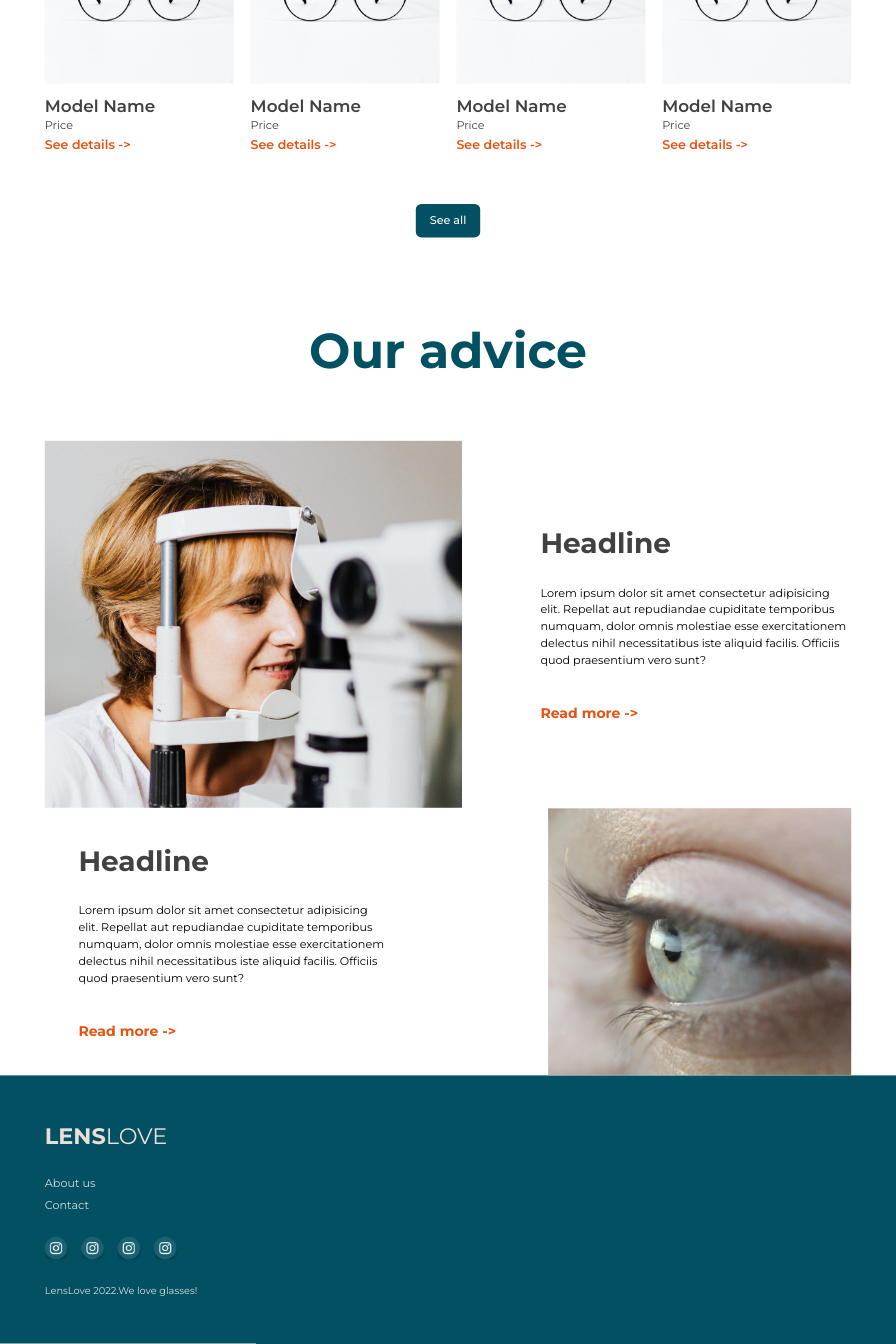
Repository: thienthanhvinh/glasses-react
Page: /
An editor plug-in stored every save of this project. The page is shown before and after a run of saves, followed by the edit.
The browser window is 1280 px wide. The pictures show the part of the page from y = 3725 to 5645 px (the page is 5645 px tall), at 70% of full size.
The project was rebuilt for these pictures with package versions that can differ from the ones it lists, and the page was loaded fresh each time. Also part of the build but not shown: src/App.css, src/components/common/FormGroup.js, src/components/input/Input.js, src/components/label/Label.js, src/hooks/useDarkMode.js, src/layout/LayoutAuthentication.js, src/components/icons/IconEyeToggle.js, src/pages/SignInPage.js and 1 more.

Above is the page before, as saved 2023-02-13 10:24:22.

### public/index.html
<!DOCTYPE html>
<html lang="en">
  <head>
    <meta charset="utf-8" />
    <link rel="icon" href="%PUBLIC_URL%/favicon.ico" />
    <meta name="viewport" content="width=device-width, initial-scale=1" />
    <meta name="theme-color" content="#000000" />
    <meta
      name="description"
      content="Web site created using create-react-app"
    />
    <link rel="apple-touch-icon" href="%PUBLIC_URL%/logo192.png" />
    <!--
      manifest.json provides metadata used when your web app is installed on a
      user's mobile device or desktop. See https://developers.google.com/web/fundamentals/web-app-manifest/
    -->
    <link rel="manifest" href="%PUBLIC_URL%/manifest.json" />
    <!--
      Notice the use of %PUBLIC_URL% in the tags above.
      It will be replaced with the URL of the `public` folder during the build.
      Only files inside the `public` folder can be referenced from the HTML.

      Unlike "/favicon.ico" or "favicon.ico", "%PUBLIC_URL%/favicon.ico" will
      work correctly both with client-side routing and a non-root public URL.
      Learn how to configure a non-root public URL by running `npm run build`.
    -->
    <link href="https://fonts.googleapis.com/css2?family=Montserrat:wght@300;400;500;600;700&display=swap" rel="stylesheet">
    <title>React App</title>
  </head>
  <body>
    <noscript>You need to enable JavaScript to run this app.</noscript>
    <div id="root"></div>
    <!--
      This HTML file is a template.
      If you open it directly in the browser, you will see an empty page.

      You can add webfonts, meta tags, or analytics to this file.
      The build step will place the bundled scripts into the <body> tag.

      To begin the development, run `npm start` or `yarn start`.
      To create a production bundle, use `npm run build` or `yarn build`.
    -->
  </body>
</html>

### src/index.js
import React from 'react';
import ReactDOM from 'react-dom/client';
import './index.css';
import App from './App';
import reportWebVitals from './reportWebVitals';
import { BrowserRouter } from 'react-router-dom';
import { ToastContainer, toast } from 'react-toastify';
import 'react-toastify/dist/ReactToastify.css';

const root = ReactDOM.createRoot(document.getElementById('root'));
root.render(
  // <React.StrictMode>
  <BrowserRouter>
    <App />
    <ToastContainer></ToastContainer>
  </BrowserRouter>
  // </React.StrictMode>
);

// If you want to start measuring performance in your app, pass a function
// to log results (for example: reportWebVitals(console.log))
// or send to an analytics endpoint. Learn more: https://bit.ly/CRA-vitals
reportWebVitals();

### src/index.css
/* body {
  margin: 0;
  font-family: -apple-system, BlinkMacSystemFont, 'Segoe UI', 'Roboto', 'Oxygen',
    'Ubuntu', 'Cantarell', 'Fira Sans', 'Droid Sans', 'Helvetica Neue',
    sans-serif;
  -webkit-font-smoothing: antialiased;
  -moz-osx-font-smoothing: grayscale;
}

code {
  font-family: source-code-pro, Menlo, Monaco, Consolas, 'Courier New',
    monospace;
} */

@tailwind base;
@tailwind components;
@tailwind utilities;

body {
  font-family: 'Montserrat', sans-serif;
}
/* .darkmode-input:checked + div .darkmode-spinner {
  transform: translateX(33px);
} */
.active-light {
  transform: translateX(0px);
  transition: all 0.4s;
}
.active-dark {
  transform: translateX(33px);
  transition: all 0.4s;
}

/* .darkmode-input:checked + div {


} */

/* .darkmode-input:checked + div .darkmode-spinner {
  background-color: white;
} */

### src/App.js

import { Route, Routes } from 'react-router-dom';
import './App.css';
import HomePage from './pages/HomePage';
import SignInPage from './pages/SignInPage';
import SignUpPage from './pages/SignUpPage';

function App() {
  return (
    <Routes>
      <Route path='/sign-up' element={<SignUpPage></SignUpPage>}></Route>
      <Route path='/sign-in' element={<SignInPage></SignInPage>}></Route>
      <Route path='/' element={<HomePage></HomePage>}></Route>
    </Routes>
  );
}

export default App;

### src/pages/HomePage.js
import React, { Fragment } from "react";
import Category from "../components/category/Category";
import Heading from "../components/common/Heading";
import Intro from "../components/intro/Intro";
import SpringSales from "../components/sales/SpringSales";
import LayoutMenu from "../layout/LayoutMenu";
import GlassesGrid from "../modules/GlassesGrid";
import GlassesItem from "../modules/GlassesItem";
import { v4 } from "uuid";
import Button from "../components/button/Button";
import HeadLine from "../modules/HeadLine";
import LayoutFooter from "../layout/LayoutFooter";

const HomePage = () => {
  return (
    <Fragment>
      <LayoutMenu></LayoutMenu>
      <SpringSales></SpringSales>
      <Intro></Intro>
      <Category></Category>
      <Heading>Popular</Heading>
      <GlassesGrid>
        {Array(4)
          .fill(0)
          .map((item) => (
            <GlassesItem key={v4()}></GlassesItem>
          ))}
        {/* <GlassesItem></GlassesItem> */}
      </GlassesGrid>
      <div className="text-center mb-[140px]">
        <Button className="mt-[70px] px-5 py-2 rounded-[4px]">See all</Button>
      </div>
      <Heading>New</Heading>
      <GlassesGrid>
        {Array(4)
          .fill(0)
          .map((item) => (
            <GlassesItem key={v4()}></GlassesItem>
          ))}
      </GlassesGrid>
      <div className="text-center mb-[140px]">
        <Button className="mt-[70px] px-5 py-2 rounded-[4px]">See all</Button>
      </div>
      <Heading>Sunwear</Heading>
      <GlassesGrid>
        {Array(4)
          .fill(0)
          .map((item) => (
            <GlassesItem key={v4()}></GlassesItem>
          ))}
      </GlassesGrid>
      <div className="text-center mb-[112px]">
        <Button className="mt-[70px] px-5 py-2 rounded-[4px]">See all</Button>
      </div>
      <Heading className="mb-[80px]">Our advice</Heading>
      <HeadLine></HeadLine>
      <HeadLine type="secondary"></HeadLine>
      <LayoutFooter></LayoutFooter>
    </Fragment>
  );
};

export default HomePage;

### src/components/category/Category.js
import React from 'react';
import Button from '../button/Button';

const Category = () => {
    return (
        <div className='flex mb-[112px] mx-auto max-w-[1400px] w-full gap-x-2'>
            <div className='h-[596px] relative'>
                <img src="/category1.png" alt="" className='w-full h-full object-cover' />
                <div className='absolute bottom-24 left-14'>
                    <p className='font-extrabold text-[40px] leading-[98px] text-white'>Optical</p>
                    <Button className='bg-secondary text-primary rounded-[4px] px-6 py-2 font-bold text-lg leading-[30px]'>Buy</Button>
                </div>
            </div>
            <div className='h-[596px] relative'>
                <img src="/category2.png" alt="" className='w-full h-full object-cover' />
                <div className='absolute bottom-24 left-14'>
                    <p className='font-extrabold text-[40px] leading-[98px] text-white'>Sunwear</p>
                    <Button className='bg-secondary text-primary rounded-[4px] px-6 py-2 font-bold text-lg leading-[30px]'>Buy</Button>
                </div>
            </div>
        </div>
    );
};

export default Category;

### src/components/common/Heading.js
import React from 'react';

const Heading = ({children, className = ''}) => {
    return (
        <h2 className={`font-extrabold text-[70px] leading-[98px] text-center text-primary mb-[70px] ${className}`}>
            {children}
        </h2>
    );
};
export default Heading;

### src/components/intro/Intro.js
import React from 'react';

const Intro = () => {
    return (
        <div className='flex items-center justify-center gap-x-[300px] mt-[64px] mb-[110px]'>
            <div className='flex flex-col items-center'>
                <img srcSet="/Icon1.png 2x" alt="" className='w-[80px] h-[80px] object-cover' />
                <p className='text-tertiary text-xl leading-[30px] font-bold'>Original products</p>
            </div>
            <div className='flex flex-col items-center'>
                <img srcSet="/Icon2.png 2x" alt="" className='w-[80px] h-[80px] object-cover' />
                <p className='text-tertiary text-xl leading-[30px] font-bold'>Original products</p>
            </div>
            <div className='flex flex-col items-center'>
                <img srcSet="/Icon3.png 2x" alt="" className='w-[80px] h-[80px] object-cover' />
                <p className='text-tertiary text-xl leading-[30px] font-bold'>Original products</p>
            </div>
        </div>
    );
};

export default Intro;

### src/components/sales/SpringSales.js
import React from 'react';
import Button from '../button/Button';

const SpringSales = () => {
    return (
        <div className='bg-secondary h-[700px] w-full flex items-center justify-between'>
            <div className='ml-[112px]'>
                <h2 className='text-primary text-[70px] font-extrabold leading-[98px]'>Spring Sale</h2>
                <p className='text-primary text-[50px] font-medium leading-[68px] mb-[48px]'>Up to -40%</p>
                <Button className='text-white bg-primary rounded-lg px-8 py-2 text-lg'>See offer</Button>
            </div>
            <div className='h-[700px]'>
                <img src="/photo1.png" alt="" className='w-full h-auto object-cover' />
            </div>
        </div>
    );
};

export default SpringSales;

### src/layout/LayoutMenu.js
import React from "react";
import { Link } from "react-router-dom";
import Navbar from "../components/navbar/Navbar";

const LayoutMenu = () => {
  return (
    <div className="py-10 px-16">
      <div className="flex items-center justify-between mb-14">
        <img src="/logo.png" alt="" className="w-[140px] h-auto object-cover" />
        <div className="flex gap-x-5 text-secondary-3 text-[15px] font-medium">
            <span>0371 525 777</span>
            <Link to="/">Help</Link>
            <Link to="/sign-in">Account</Link>
        </div>
      </div>
      <Navbar></Navbar>
    </div>
  );
};

export default LayoutMenu;

### src/modules/GlassesGrid.js
import React from 'react';

const GlassesGrid = ({children, className = ''}) => {
    return (
        <div className={`grid grid-cols-4 gap-x-6 px-16 ${className}`}>
            {children}
        </div>
    );
};

export default GlassesGrid;

### src/modules/GlassesItem.js
import React from "react";

const GlassesItem = () => {
  return (
    <div className="flex flex-col">
      <div className="h-[250px] mb-4">
        <img src="/glasses.png" alt="" className="w-full h-full object-cover" />
      </div>
      <p className="text-secondary-3 font-semibold text-2xl">Model Name</p>
      <p className="font-normal text-secondary-3">Price</p>
      <p className="font-semibold text-lg leading-[30px] text-tertiary">
        See details ->
      </p>
    </div>
  );
};

export default GlassesItem;

### src/components/button/Button.js
import React from 'react';

const Button = ({type, children, className=''}) => {
    return (
        <button type='submit' className={`bg-primary text-white ${className} rounded-lg px-3 py-3 font-medium`}>
            {children}
        </button>
    );
};

export default Button;

### src/modules/HeadLine.js
import React from "react";
import HeadlineImage from "./HeadlineImage";
import HeadlineContent from "./HeadlineContent";

const HeadLine = ({type = "default"}) => {
    if(type === "default") {
        return (
            <div className="w-full flex items-center gap-x-[112px] px-16">
              <HeadlineImage></HeadlineImage>
              <HeadlineContent></HeadlineContent>
            </div>
          );
    } else {
        return (
            <div className="w-full flex items-center gap-x-[227px] px-16">
              <HeadlineContent className="ml-[48px]"></HeadlineContent>
              <HeadlineImage src="headline2.png" className=""></HeadlineImage>
            </div>
          );
    }

};

export default HeadLine;

### src/layout/LayoutFooter.js
import React from 'react';
import { Link } from 'react-router-dom';

const LayoutFooter = () => {
    return (
        <div className='bg-primary flex px-16 py-16 text-gray-white'>
            <div className='flex flex-col'>
                <h2 className='text-secondary font-extrabold text-[32px] leading-[46px] mb-8'>LENS<span className='font-normal'>LOVE</span></h2>
                <Link to="/about" className='mb-2'>About us</Link>
                <Link to="contact" className='mb-8'>Contact</Link>
                <div className='flex gap-x-4 mb-8'>
                    <span><img src="/Instagram.png" alt="" /></span>
                    <span><img src="/Instagram.png" alt="" /></span>
                    <span><img src="/Instagram.png" alt="" /></span>
                    <span><img src="/Instagram.png" alt="" /></span>
                </div>
                <p className='text-[14px] leading-[24px]'>LensLove 2022.We love glasses!</p>
            </div>
            <div>
                <div>

                </div>
            </div>
        </div>
    );
};

export default LayoutFooter;

### src/components/navbar/Navbar.js
import React from "react";
import { Link } from "react-router-dom";

const Navbar = () => {
  return (
    <div className="flex">
      <ul className="flex text-sm font-semibold gap-x-8">
        <li>
          <Link to="/">Shops</Link>
        </li>
        <li>
          <Link to="/">Offers</Link>
        </li>
        <li>
          <Link to="/">Warranty</Link>
        </li>
        <li>
          <Link to="/">Medical</Link>
        </li>
        <li>
          <Link to="/">Info</Link>
        </li>
        <li>
          <Link to="/">Blog</Link>
        </li>
        <li>
          <Link to="/">About us</Link>
        </li>
        <li>
          <Link to="/">Contact</Link>
        </li>
      </ul>
      <div className="ml-auto flex items-center gap-x-8">
        <div className="flex gap-x-[6px] items-center">
          <svg
            width={18}
            height={17}
            viewBox="0 0 18 17"
            fill="none"
            xmlns="http://www.w3.org/2000/svg"
          >
            <path
              d="M17.153 15.747L12.8535 11.5161C13.9794 10.2929 14.6712 8.67509 14.6712 6.89489C14.6707 3.0867 11.534 0 7.66437 0C3.79477 0 0.658081 3.0867 0.658081 6.89489C0.658081 10.7031 3.79477 13.7898 7.66437 13.7898C9.3363 13.7898 10.8698 13.2115 12.0743 12.2501L16.3905 16.4976C16.6008 16.7047 16.9422 16.7047 17.1525 16.4976C17.3633 16.2904 17.3633 15.9541 17.153 15.747ZM7.66437 12.729C4.39027 12.729 1.7361 10.117 1.7361 6.89489C1.7361 3.67281 4.39027 1.06082 7.66437 1.06082C10.9385 1.06082 13.5926 3.67281 13.5926 6.89489C13.5926 10.117 10.9385 12.729 7.66437 12.729Z"
              fill="#414141"
            />
          </svg>
          <span className="text-sm font-semibold">Search</span>
        </div>
        <span>
          <svg
            width="19"
            height="17"
            viewBox="0 0 19 17"
            fill="none"
            xmlns="http://www.w3.org/2000/svg"
          >
            <path
              d="M2.14414 8.80841C0.111678 6.47788 0.614575 3.72661 2.23686 2.03652C3.85628 0.349414 6.5587 -0.245866 8.98238 1.79479L8.98243 1.79483C9.37299 2.12358 9.93842 2.1081 10.3148 1.781L10.3148 1.78097C12.5442 -0.15713 15.2905 0.329246 16.9821 1.956C17.8273 2.76872 18.3905 3.85299 18.4856 5.03784C18.5799 6.21232 18.2175 7.5254 17.1436 8.81679L10.2601 16.0112C9.92623 16.3602 9.36908 16.3602 9.03526 16.0113L2.14414 8.80841Z"
              stroke="#414141"
            />
          </svg>
        </span>
        <span>
          <svg
            width="17"
            height="18"
            viewBox="0 0 17 18"
            fill="none"
            xmlns="http://www.w3.org/2000/svg"
          >
            <path
              d="M0.672966 15.0244L1.47201 5.03632H10.653L11.452 15.0244C11.5228 15.9093 10.8238 16.6665 9.93602 16.6665H2.18895C1.30121 16.6665 0.602173 15.9093 0.672966 15.0244Z"
              stroke="#414141"
              stroke-linecap="round"
              stroke-linejoin="round"
            />
            <path
              d="M3.58252 7.56769V3.52604C3.58252 2.68402 4.08773 1 6.10856 1C8.12938 1 8.63459 2.68402 8.63459 3.52604V7.56769"
              stroke="#414141"
              stroke-linecap="round"
              stroke-linejoin="round"
            />
            <rect x="6" y="9" width="11" height="8" rx="4" fill="#414141" />
            <path
              d="M11.8424 15.084C11.5568 15.084 11.3048 15.0233 11.0864 14.902C10.868 14.7788 10.6972 14.608 10.574 14.3896C10.4527 14.1712 10.392 13.9192 10.392 13.6336V12.3344C10.392 12.0488 10.4527 11.7968 10.574 11.5784C10.6972 11.36 10.868 11.1901 11.0864 11.0688C11.3048 10.9456 11.5568 10.884 11.8424 10.884C12.128 10.884 12.3791 10.9456 12.5956 11.0688C12.814 11.1901 12.9848 11.36 13.108 11.5784C13.2312 11.7968 13.2928 12.0488 13.2928 12.3344V13.6336C13.2928 13.9192 13.2312 14.1712 13.108 14.3896C12.9848 14.608 12.814 14.7788 12.5956 14.902C12.3791 15.0233 12.128 15.084 11.8424 15.084ZM11.8424 14.4428C11.9843 14.4428 12.1131 14.4092 12.2288 14.342C12.3445 14.2729 12.436 14.1815 12.5032 14.0676C12.5704 13.9519 12.604 13.8231 12.604 13.6812V12.284C12.604 12.1403 12.5704 12.0115 12.5032 11.8976C12.436 11.7819 12.3445 11.6904 12.2288 11.6232C12.1131 11.5541 11.9843 11.5196 11.8424 11.5196C11.7005 11.5196 11.5717 11.5541 11.456 11.6232C11.3403 11.6904 11.2488 11.7819 11.1816 11.8976C11.1144 12.0115 11.0808 12.1403 11.0808 12.284V13.6812C11.0808 13.8231 11.1144 13.9519 11.1816 14.0676C11.2488 14.1815 11.3403 14.2729 11.456 14.342C11.5717 14.4092 11.7005 14.4428 11.8424 14.4428Z"
              fill="white"
            />
          </svg>
        </span>
      </div>
    </div>
  );
};

export default Navbar;

### src/modules/HeadlineImage.js
import React from 'react';

const HeadlineImage = ({className= '', src = "/headline1.png"}) => {
    return (
        <div className={className}>
             <img src={src} alt="" />
        </div>
    );
};

export default HeadlineImage;

### src/modules/HeadlineContent.js
import React from "react";

const HeadlineContent = ({className = ''}) => {
  return (
    <div className={className}>
      <h2 className="text-secondary-3 font-extrabold text-[40px] leading-[54px] mb-8">
        Headline
      </h2>
      <p className="w-[444px] mb-[48px]">
        Lorem ipsum dolor sit amet consectetur adipisicing elit. Repellat aut
        repudiandae cupiditate temporibus numquam, dolor omnis molestiae esse
        exercitationem delectus nihil necessitatibus iste aliquid facilis.
        Officiis quod praesentium vero sunt?
      </p>
      <p className="text-tertiary text-xl font-bold leading-[30px]">
        Read more ->
      </p>
    </div>
  );
};

export default HeadlineContent;

### tailwind.config.js
/** @type {import('tailwindcss').Config} */
module.exports = {
  content: [
    "./src/**/*.{js,jsx,ts,tsx}",
  ],
  darkMode: 'class',
  theme: {
    extend: {
      colors: {
        'color-1': "#808191",
        'color-2': "#2d3436",
        'primary' : '#025162',
        'secondary': '#EADFD8',
        'secondary-3': '#414141',
        'tertiary' : '#E75313',
        'lens': '#D4E1F4',
        'gray-white': '#D9DBE1',
        'dark-text-primary': '#dfe6e9',
        'dark-color' : '#4e4f50',
        'dark-secon-color': '#2d3436',
        'dark-third-color': '#3a3a3a',
        'dark-four-color' : '#242526',
        'dark-five-color' : '#3A3A3A',

      }
    },
  },
  plugins: [],
}

Loaded but not shown: src/reportWebVitals.js (common file)

After the next 10 saves:
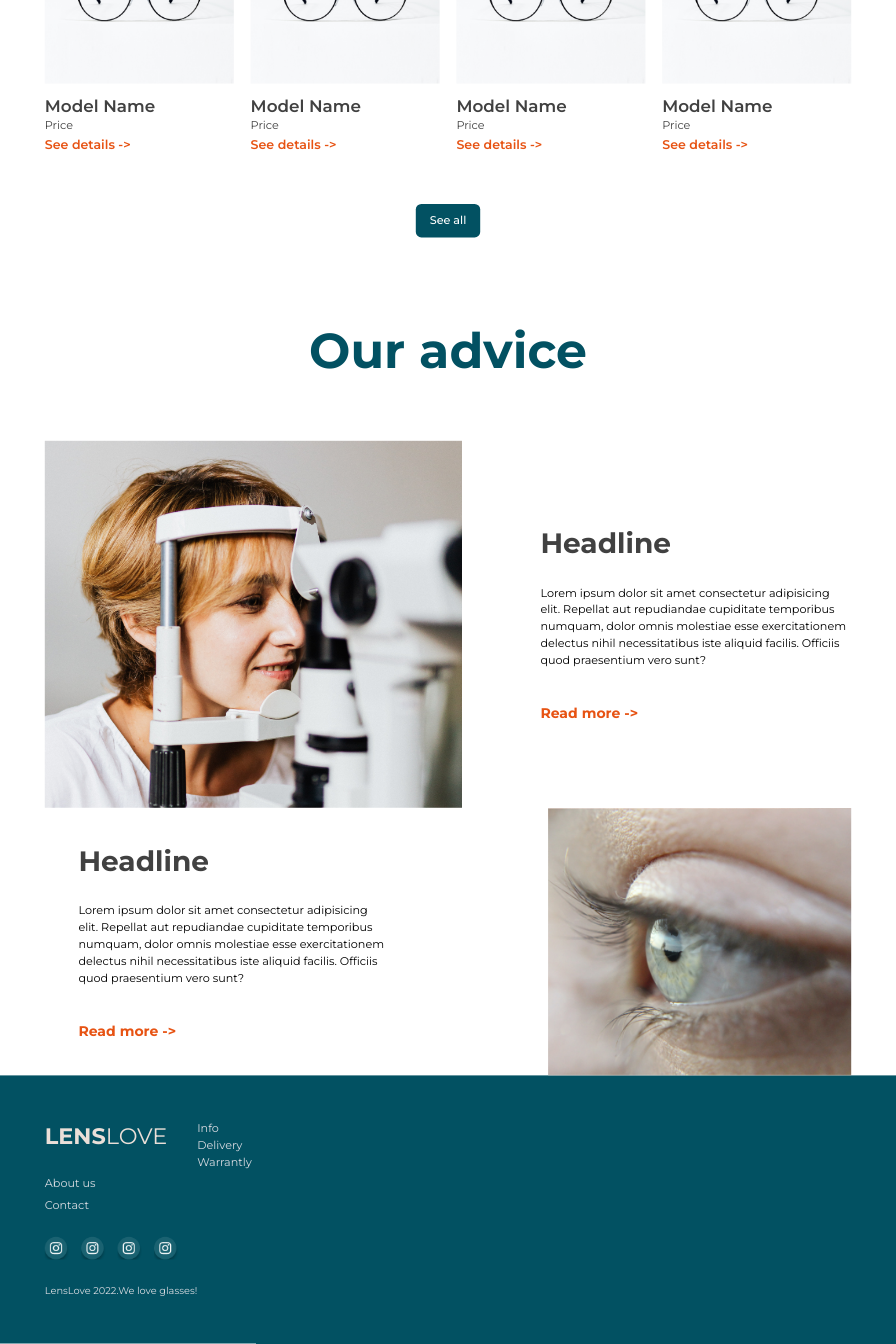
The 10 saves are shown as one change because they came seconds apart.
The last was saved 29 s later.
--- a/src/layout/LayoutFooter.js
+++ b/src/layout/LayoutFooter.js
@@ -18,6 +18,9 @@
             </div>
             <div>
                 <div>
+                    <h3>Info</h3>
+                    <p>Delivery</p>
+                    <p>Warrantly</p>
 
                 </div>
             </div>
